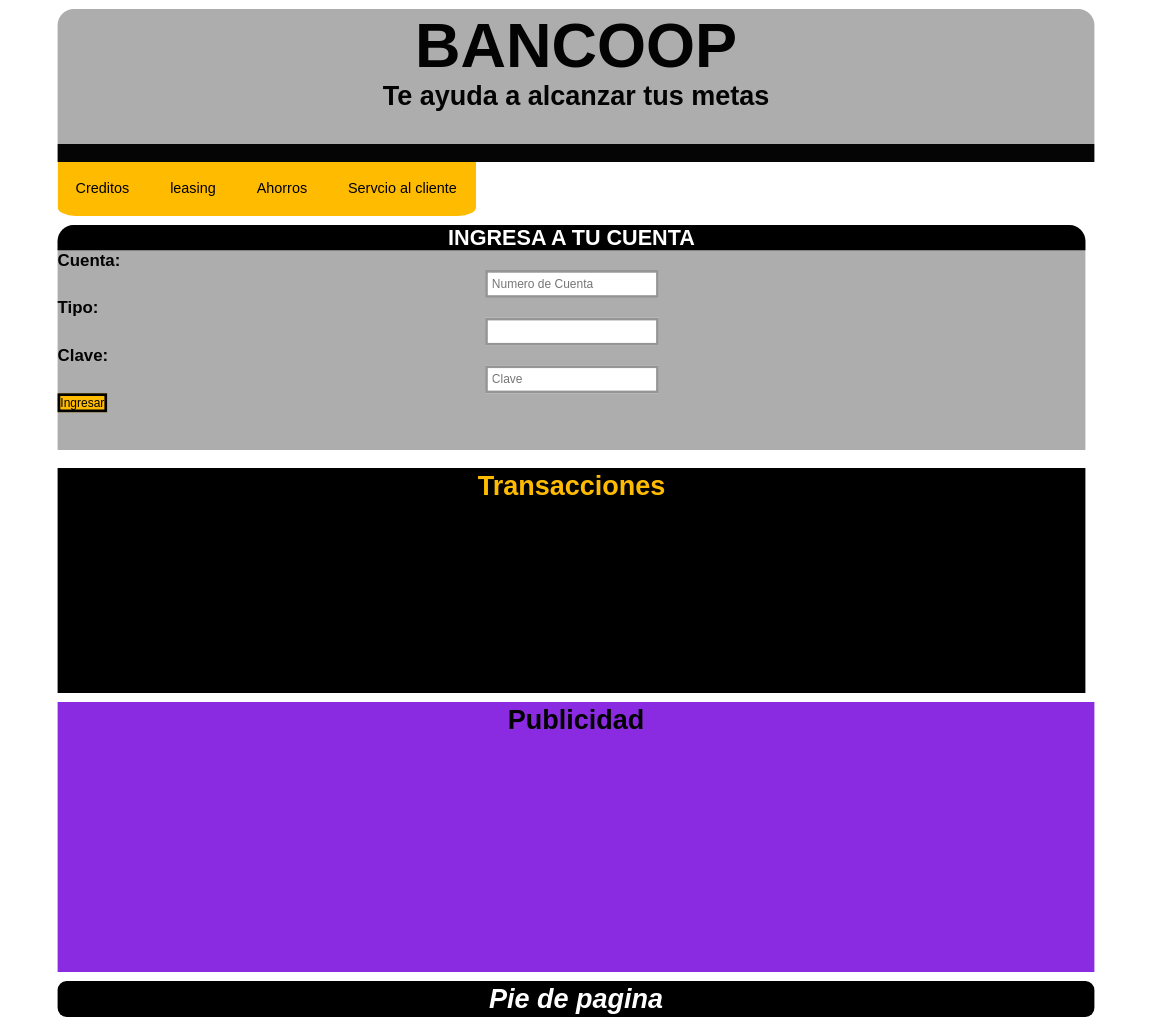
Repository: NickArregoces/BANCOOP
Page: Index.html
The author's editor kept a copy of each file at every save. The page is drawn from the files as they stood at one save, then again after the next save.
The browser window is 1280 px wide. The pictures show the whole page, at 90% of full size.

Above is the page before, as saved 2021-09-29 18:26:08.

After the next save:
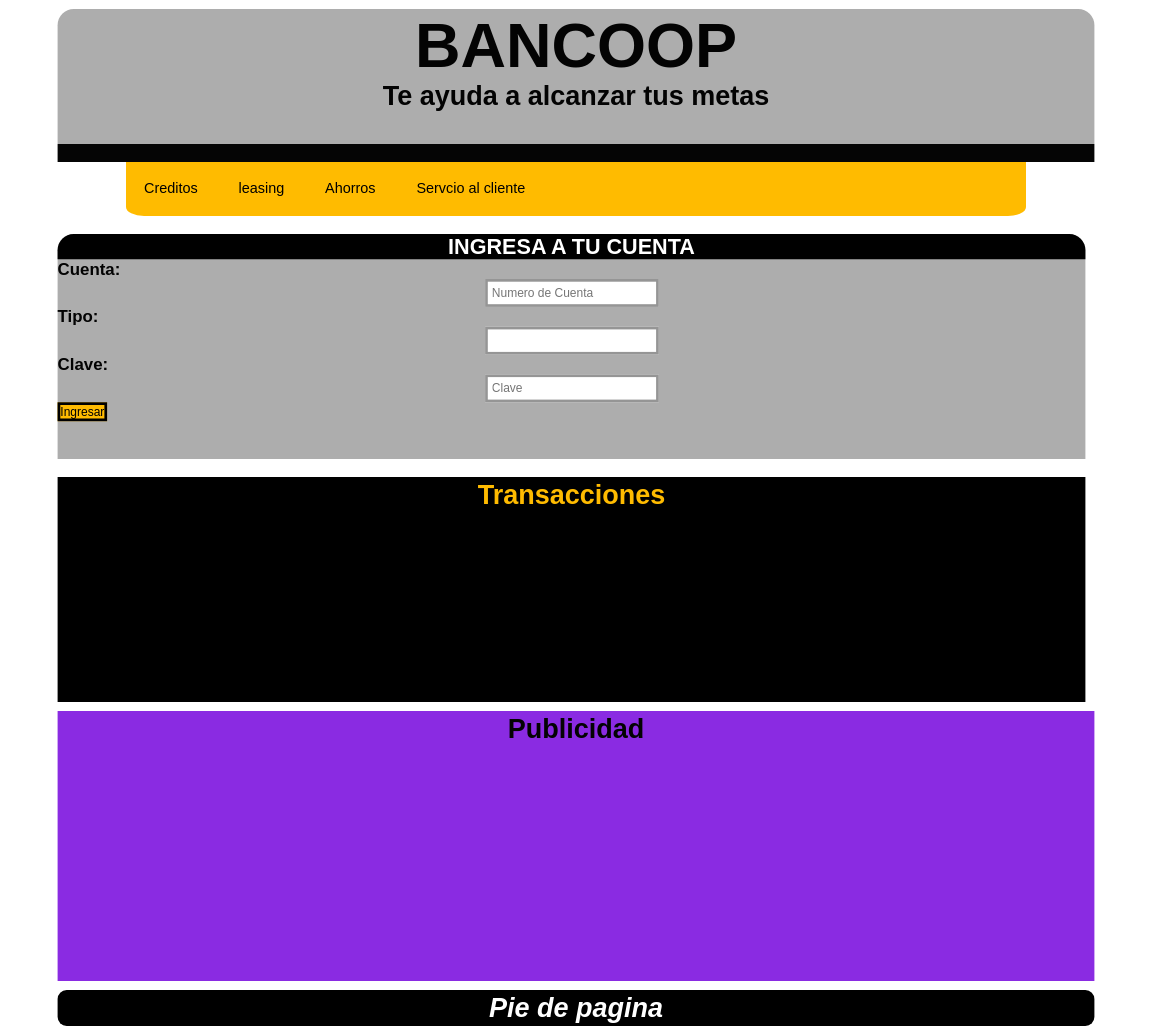
Saved 40 s later.
--- a/CSS/Style.css
+++ b/CSS/Style.css
@@ -43,7 +43,7 @@ ul.menu{
     padding: 0;
     max-width: 1000px;
     margin: auto;
-    position:fixed
+
 }
     .menu li a{
         align-items: center;
@@ -67,12 +67,13 @@ ul.menu{
 .section{
     width: 40%;
     float: left;
+
 }
     form{
         background: rgb(173, 173, 173);
         border-top-left-radius: 18px;
         border-top-right-radius: 18px;
-        margin-top: 70px;
+        margin-top: 20px;
         margin-right:10px;
         margin-bottom: 10px;
         height: 250px;
